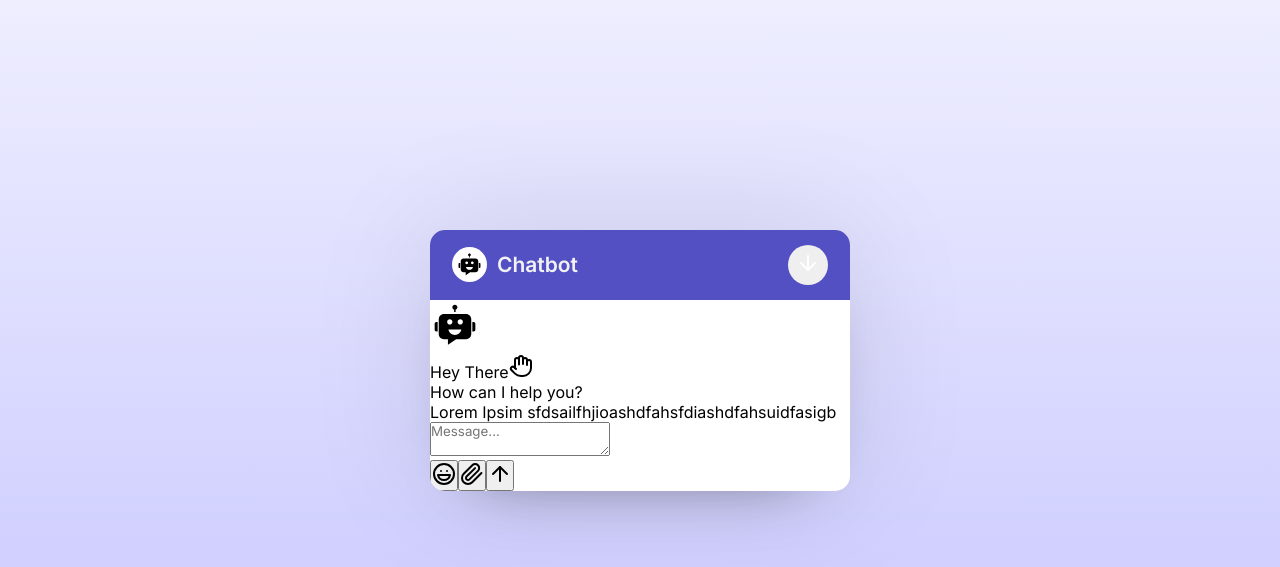
Repository: guilhermecardoso93/ai-bot
Page: /
An editor plug-in stored every save of this project. The page is shown before and after the next save, followed by the edit.
The browser window is 1280 px wide. The pictures show the whole page.
The project was rebuilt for these pictures with package versions that can differ from the ones it lists, and the page was loaded fresh each time. Also part of the build but not shown: vite.config.js.

Above is the page before, as saved 2024-11-11 20:33:11.

### index.html
<!doctype html>
<html lang="en">

<head>
    <meta charset="UTF-8" />
    <link rel="icon" type="image/svg+xml" href="/vite.svg" />
    <link rel="preconnect" href="https://fonts.googleapis.com">
    <link rel="preconnect" href="https://fonts.gstatic.com" crossorigin>
    <link href="https://fonts.googleapis.com/css2?family=Inter:ital,opsz,wght@0,14..32,100..900;1,14..32,100..900&family=Outfit:wght@100..900&display=swap" rel="stylesheet">
    <meta name="viewport" content="width=device-width, initial-scale=1.0" />
    <title>Ai ChatBot</title>
</head>

<body>
    <div id="root"></div>
    <script type="module" src="/src/main.jsx"></script>
</body>

</html>

### src/index.css
:root {
  font-synthesis: none;
  text-rendering: optimizeLegibility;
  -webkit-font-smoothing: antialiased;
  -moz-osx-font-smoothing: grayscale;
}

* {
  padding: 0;
  margin: 0;
  box-sizing: border-box;
  font-family: "Inter", serif;
  font-optical-sizing: auto;
  font-style: normal;
}

body {
  display: flex;
  align-items: center;
  justify-content: center;
  min-height: 100vh;
  background: linear-gradient(#eeeeff, #c8c7ff);
}

.chatbot-popup {
  width: 420px;
  background: #ffff;
  overflow: hidden;
  border-radius: 15px;
  box-shadow: 0 0 128px rgba(0, 0, 0, 0.1), 0 32px 64px -48px rgba(0, 0, 0, 0.5);
}

.chat-header {
  display: flex;
  align-items: center;
  background-color: #5350c4;
  padding: 15px 22px;
  justify-content: space-between;
}

.chat-header .header-info {
  display: flex;
  align-items: center;
  gap: 10px;
}

.header-info .logo {
  width: 35px;
  width: 35px;
  background: #fff;
  border-radius: 50%;
  flex-shrink: 0;
  padding: 4px;
}

.header-info .logo-text {
  color: #f2f2f2;
  font-weight: 600;
  font-size: 1.31rem;
}

.chat-header #close-chatbot {
  border: none;
  color: #fff;
  height: 40px;
  width: 40px;
  border-radius: 50%;
}

### src/App.jsx
import { Main } from "./components/Main";

export function App() {
  return (
    <>
      <Main />
    </>
  );
}

### src/components/Main.jsx
import { Hand, ArrowDown, Laugh, Paperclip, ArrowUp } from "lucide-react";
import Logo from "../assets/logo.svg";

export function Main() {
  return (
    <div className="chatbot-popup">
      {/* Header */}
      <div className="chat-header">
        <div className="header-info">
          <img src={Logo} alt="" className="logo"/>
          <h2 className="logo-text">Chatbot</h2>
        </div>
        <button className="material-symbols-rounded" id='close-chatbot'>
          <ArrowDown />
        </button>
      </div>

      {/* Body */}
      <div className="chat-body">
        <div className="message bot-message">
          <div className="message-text">
            <img src={Logo} alt="" />
            <p className="message-text">
              Hey There
              <Hand />
            </p>
            <p>How can I help you?</p>
          </div>
          <div className="message-user">
            <p className="message-text">
              Lorem Ipsim sfdsailfhjioashdfahsfdiashdfahsuidfasigb
            </p>
          </div>
        </div>
      </div>

      {/* Footer */}
      <div className="chat-footer">
        <form action="" className="chat-form">
          <textarea
            placeholder="Message..."
            className="message-input"
          ></textarea>
          <div className="chat-controls">
            <button type="button" className="material-symbols-rounded">
              <Laugh />
            </button>
            <button type="button" className="material-symbols-rounded">
              <Paperclip />
            </button>
            <button type="button" className="material-symbols-rounded">
              <ArrowUp />
            </button>
          </div>
        </form>
      </div>
    </div>
  );
}

Loaded but not shown: src/main.jsx (common file)

After the next save:
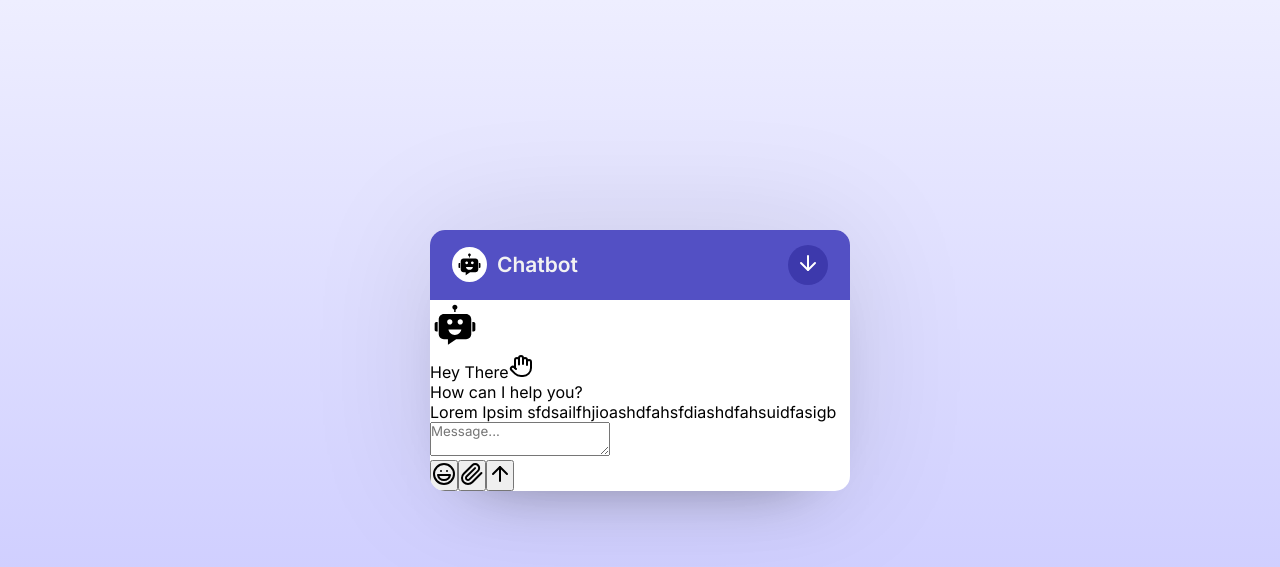
Saved 13 s later.
--- a/src/index.css
+++ b/src/index.css
@@ -65,4 +65,5 @@ body {
   height: 40px;
   width: 40px;
   border-radius: 50%;
+  background-color: #3d39ac;
 }
